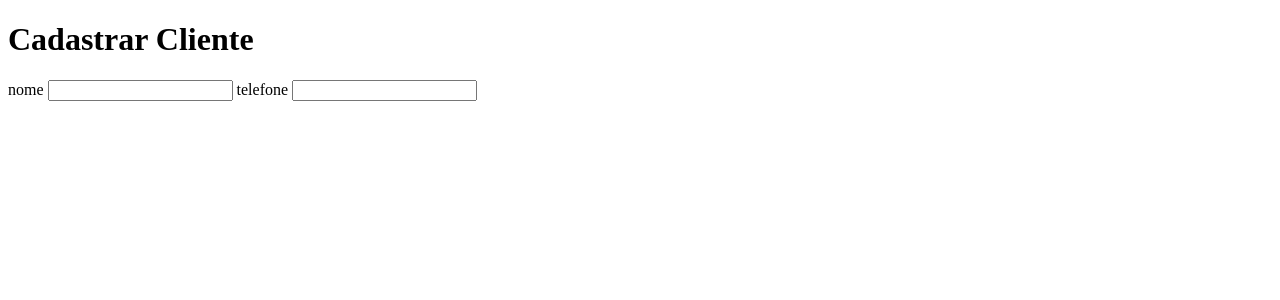
Repository: felipepalma14/Divus
Page: academiaweb/WebContent/cadastrarcliente.html
The author's editor kept a copy of each file at every save. The page is drawn from the files as they stood at one save, then again after the next save.
The browser window is 1280 px wide. The pictures show the whole page.

Above is the page before, as saved 2015-08-01 14:39:15.

### academiaweb/WebContent/cadastrarcliente.html
<!DOCTYPE html>
<html>

<head>
<meta charset="UTF-8">
<title>Cadastrar Cliente</title>
</head>

<body>
	<h1>Cadastrar Cliente</h1>
	<form action="">
		<label>nome</label>
		<input type="text" name = "nome">
		<label>telefone</label>
		<input type="text">
	</form>

</body>
</html>

After the next save:
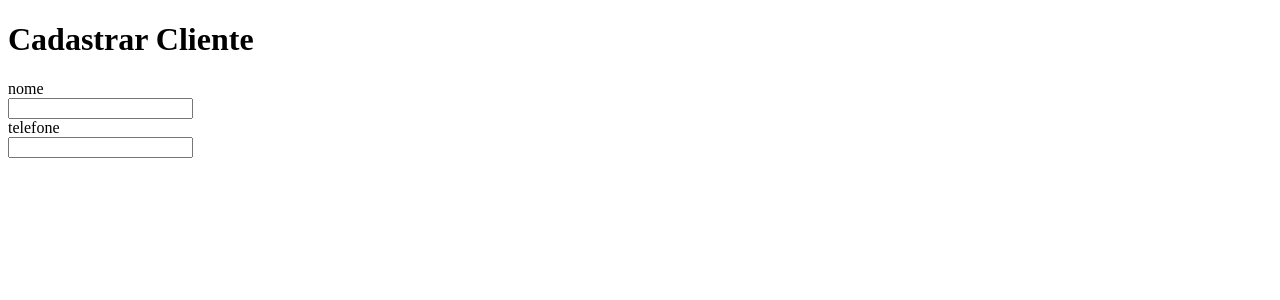
Saved 33 s later.
--- a/academiaweb/WebContent/cadastrarcliente.html
+++ b/academiaweb/WebContent/cadastrarcliente.html
@@ -9,9 +9,9 @@
 <body>
 	<h1>Cadastrar Cliente</h1>
 	<form action="">
-		<label>nome</label>
-		<input type="text" name = "nome">
-		<label>telefone</label>
+		<label>nome</label><br>
+		<input type="text" name = "nome"><br>
+		<label>telefone</label><br>
 		<input type="text">
 	</form>
 
